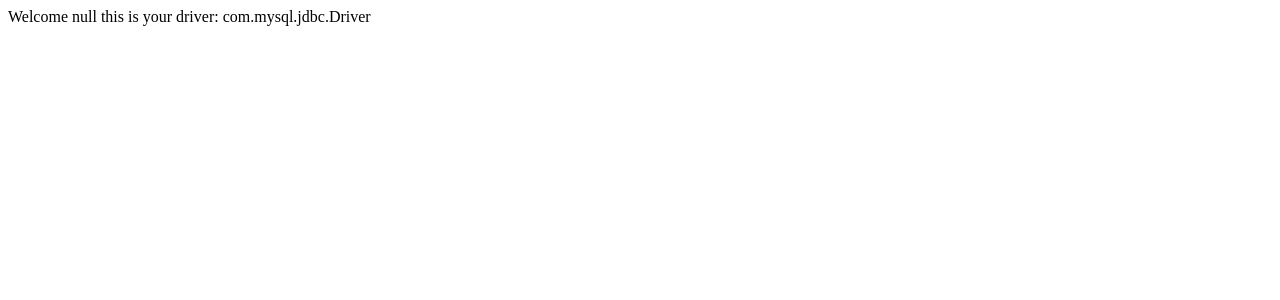
Repository: Priya-056/ServletEg
Page: http://localhost/Configdemo/config
An editor plug-in stored every save of this project. The page is shown before and after the next save, followed by the edit.
The browser window is 1280 px wide. The pictures show the whole page.
The page is served by Tomcat 9. Other server files are loaded and not shown.

Above is the page before, as saved 2022-07-08 07:20:32.

### Configdemo/src/main/webapp/config.jsp
<%@ page language="java" contentType="text/html; charset=UTF-8"
    pageEncoding="UTF-8"%>
<!DOCTYPE html>
<html>
<head>
<meta charset="UTF-8">
<title>Insert title here</title>
</head>
<body>
<%
out.print("Welcome "+request.getParameter("name"));
String driver=config.getInitParameter("dname");
out.print(" this is your driver: "+driver);
%>
</body>
</html>

After the next save:
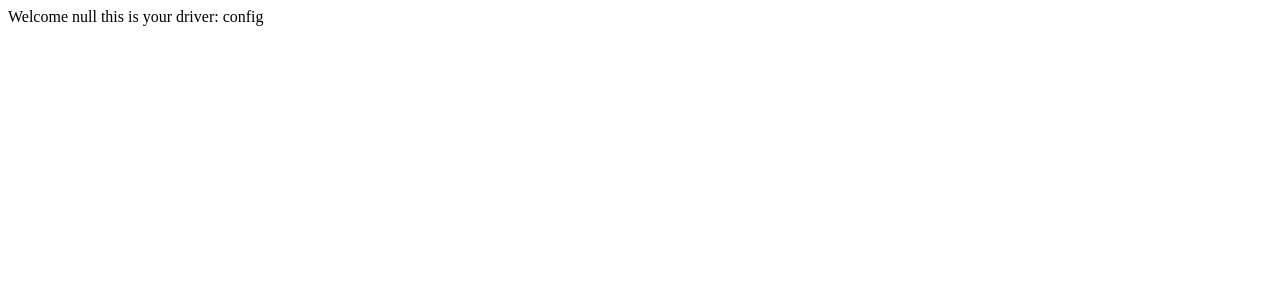
Saved 2 min 15 s later.
--- a/Configdemo/src/main/webapp/config.jsp
+++ b/Configdemo/src/main/webapp/config.jsp
@@ -9,7 +9,7 @@
 <body>
 <%
 out.print("Welcome "+request.getParameter("name"));
-String driver=config.getInitParameter("dname");
+String driver=config.getServletName();
 out.print(" this is your driver: "+driver);
 %>
 </body>

After the save that followed:
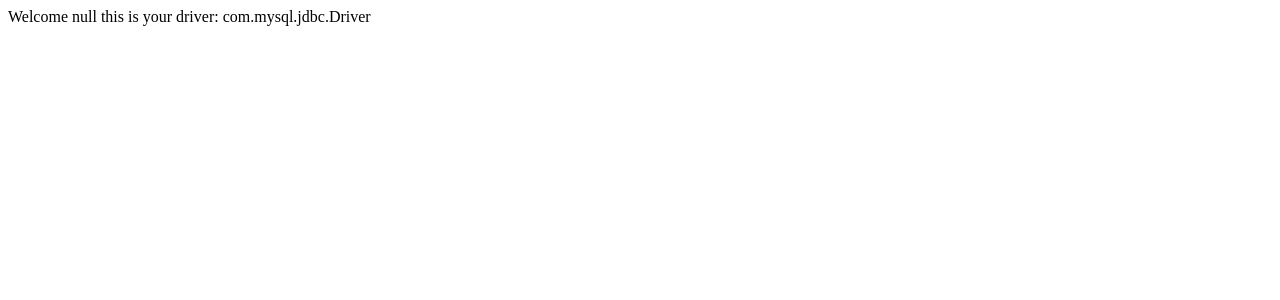
Saved 2 min 13 s later.
--- a/Configdemo/src/main/webapp/config.jsp
+++ b/Configdemo/src/main/webapp/config.jsp
@@ -9,7 +9,7 @@
 <body>
 <%
 out.print("Welcome "+request.getParameter("name"));
-String driver=config.getServletName();
+String driver=config.getInitParameter("dname");
 out.print(" this is your driver: "+driver);
 %>
 </body>
